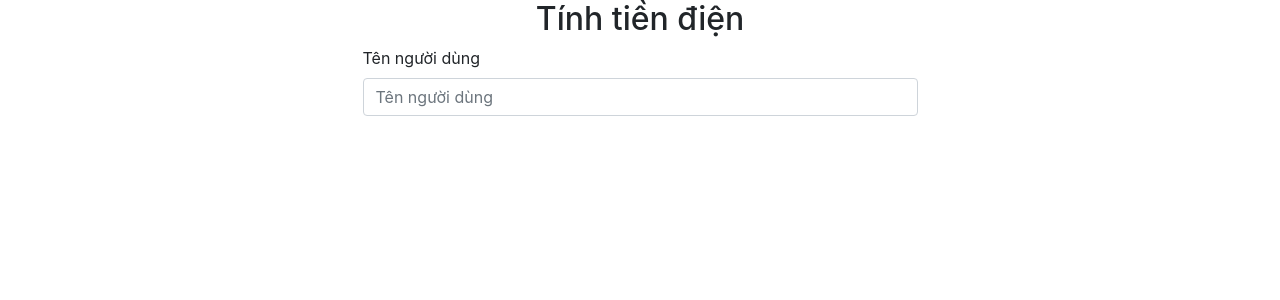
Repository: dovanthao2404/BC14_BaiTap_JS_Buoi_5_dovanthao
Page: html/bai2.html
The author's editor kept a copy of each file at every save. The page is drawn from the files as they stood at one save, then again after the next save.
The browser window is 1280 px wide. The pictures show the whole page.

Above is the page before, as saved 2021-07-04 15:24:07.

After the next save:
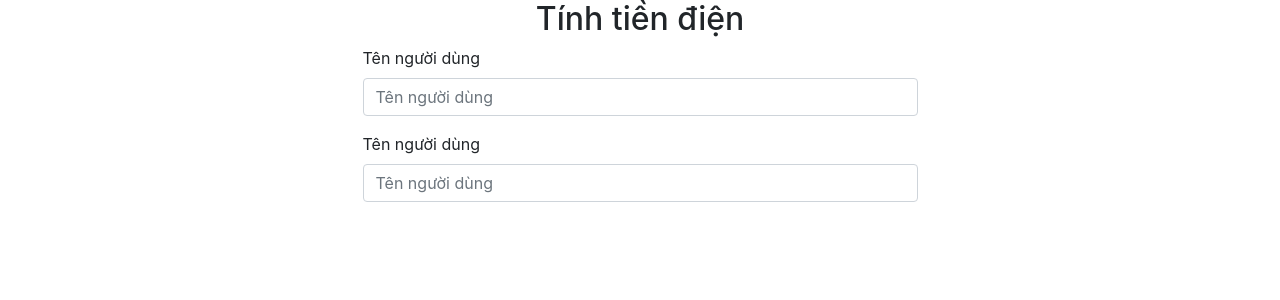
Saved 6 s later.
--- a/html/bai2.html
+++ b/html/bai2.html
@@ -22,6 +22,11 @@
           <input type="text" class="form-control" placeholder="Tên người dùng" id="username">
           <span></span>
         </div>
+        <div class="form-group">
+          <label for="username">Tên người dùng</label>
+          <input type="text" class="form-control" placeholder="Tên người dùng" id="username">
+          <span></span>
+        </div>
       </form>
     </div>
   </div>
